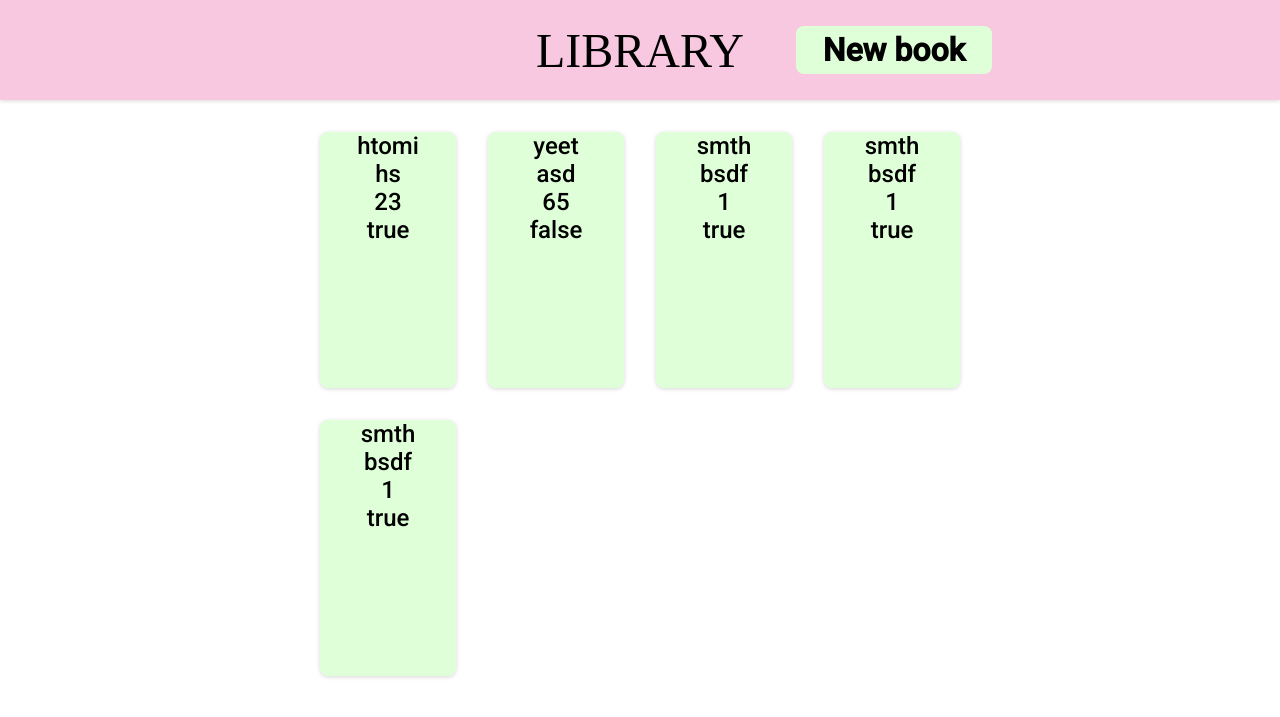
Repository: yeetzpxoci/library
Page: index.html
The author's editor kept a copy of each file at every save. The page is drawn from the files as they stood at one save, then again after the next save.
The browser window is 1280 px wide. The pictures show the whole page.
Some web fonts or font styles are not loaded; a fallback is used.

Above is the page before, as saved 2023-02-21 15:43:15.

### index.html
<!DOCTYPE html>
<html lang="en">
<head>
    <meta charset="UTF-8">
    <meta http-equiv="X-UA-Compatible" content="IE=edge">
    <meta name="viewport" content="width=device-width, initial-scale=1.0">
    <title>Library</title>
    <link rel="stylesheet" href="styles.css">
    <link rel="preconnect" href="https://fonts.googleapis.com">
    <link rel="preconnect" href="https://fonts.gstatic.com" crossorigin>
    <link href="https://fonts.googleapis.com/css2?family=Roboto:wght@500&display=swap" rel="stylesheet">
    <link href="https://fonts.googleapis.com/css2?family=Gloock&display=swap" rel="stylesheet">
</head>
<body>
    <div class="header">
        <p></p>
        <p>LIBRARY</p>
        <button onclick="addBookToLibrary()" id="addBook">New book</button>
    </div>

    <form>
        <fieldset>
            <label for="title">Title</label>
            <input type="text" name="title" id="title">
            <label for="author">Author</label>
            <input type="text" name="author" id="author">
            <label for="pages">Pages</label>
            <input type="number" name="pages" id="pages">
            <label for="read">Have you read the book?</label>
            <input type="checkbox" name="read" id="read">
        </fieldset>
    </form>

    <div id="cards">

    </div>
<script src="script.js"></script>
</body>
</html>

### styles.css
html, body {
    margin: 0;
    padding: 0;
}

body {
    display: flex;
    flex-direction: column;
    align-items: center;
    min-height: 100vh;
    background-color: white;
}

.header {
    display: flex;
    align-items: center;
    justify-content: center;
    width: 100%;
    height: 100px;
    background-color: #F7C8E0;
    box-shadow: rgba(0, 0, 0, 0.16) 0px 1px 4px;
}

.header p {
    font-family: 'Gloock', serif;
    font-size: 48px;
}

#addBook {
    position: absolute;
    right: 288px;
    font-size: 32px;
    font-family: 'Roboto', sans-serif;
    font-weight: bold;
    background-color: #DFFFD8;
    height: 48px;
    width:196px;
    border-radius: 8px;
    border-width: 0px;
}

#cards {
    display: grid;
    width: 50%;
    grid-template-columns: 1fr 1fr 1fr 1fr;
    gap: 32px;
    margin-top: 32px;
}

.card {
    width: 100%;
    height: 256px;
    background-color: #DFFFD8;
    font-size: 24px;
    font-family: 'Roboto', sans-serif;
    border-radius: 8px;
    border-width: 0px;
    align-self: center;
    justify-self: center;
    box-shadow: rgba(0, 0, 0, 0.16) 0px 1px 4px;
    display: flex;
    flex-direction: column;
    align-items: center;
    justify-content: safe;
}

.card p {
    margin: 0px;
}


form {
    display: none;
}

### script.js
const title = document.getElementById("title").value
const author = document.getElementById("author").value
const pages = document.getElementById("pages").value
const read = document.getElementById("read").checked
const cards = document.getElementById("cards")

let myLibrary = [];

function Book(title, author, pages, read) {
    this.title = title;
    this.author = author;
    this.pages = pages;
    this.read = read;
    this.info = function () {
        return title + " by " + author + ", " + String(pages) + " pages, not read yet"
    }
}

function addBookToLibrary() {
    let book = new Book(title, author, pages, read);
    myLibrary.push(book);
    console.log(myLibrary.length)
}

function addBookInfo(div, book) {
    const newTitle = document.createElement("p");
    newTitle.innerHTML = book.title;
    const newAuthor = document.createElement("p");
    newAuthor.innerHTML = book.author;
    const newPages = document.createElement("p");
    newPages.innerHTML = book.pages;
    const newRead = document.createElement("p");
    newRead.innerHTML = book.read;
    div.appendChild(newTitle);
    div.appendChild(newAuthor);
    div.appendChild(newPages);
    div.appendChild(newRead);
}

function displayBooks() {
    for (let i = 0; i < myLibrary.length; i++) {
        const newDiv = document.createElement("div");
        newDiv.setAttribute("class", "card");
        addBookInfo(newDiv, myLibrary[i]);
        cards.appendChild(newDiv);
    }
}

let book1 = new Book("htomi" , "hs", 23, true);
let book2 = new Book("yeet", "asd", 65, false);
let book3 = new Book("smth", "bsdf", 1, true);
let book4 = new Book("smth", "bsdf", 1, true);
let book5 = new Book("smth", "bsdf", 1, true);
myLibrary.push(book1, book2, book3, book4, book5);
displayBooks();

After the next save:
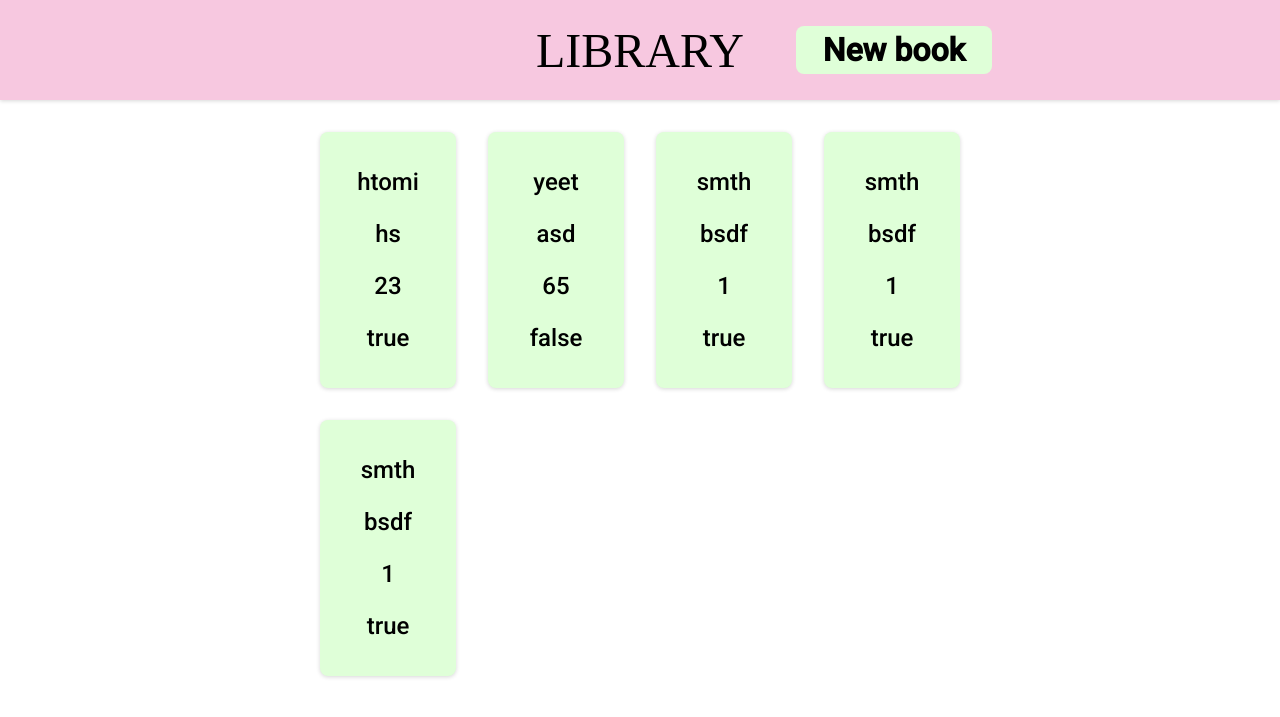
Saved 17 s later.
--- a/styles.css
+++ b/styles.css
@@ -61,7 +61,8 @@ body {
     display: flex;
     flex-direction: column;
     align-items: center;
-    justify-content: safe;
+    justify-content: center;
+    gap: 24px;
 }
 
 .card p {
